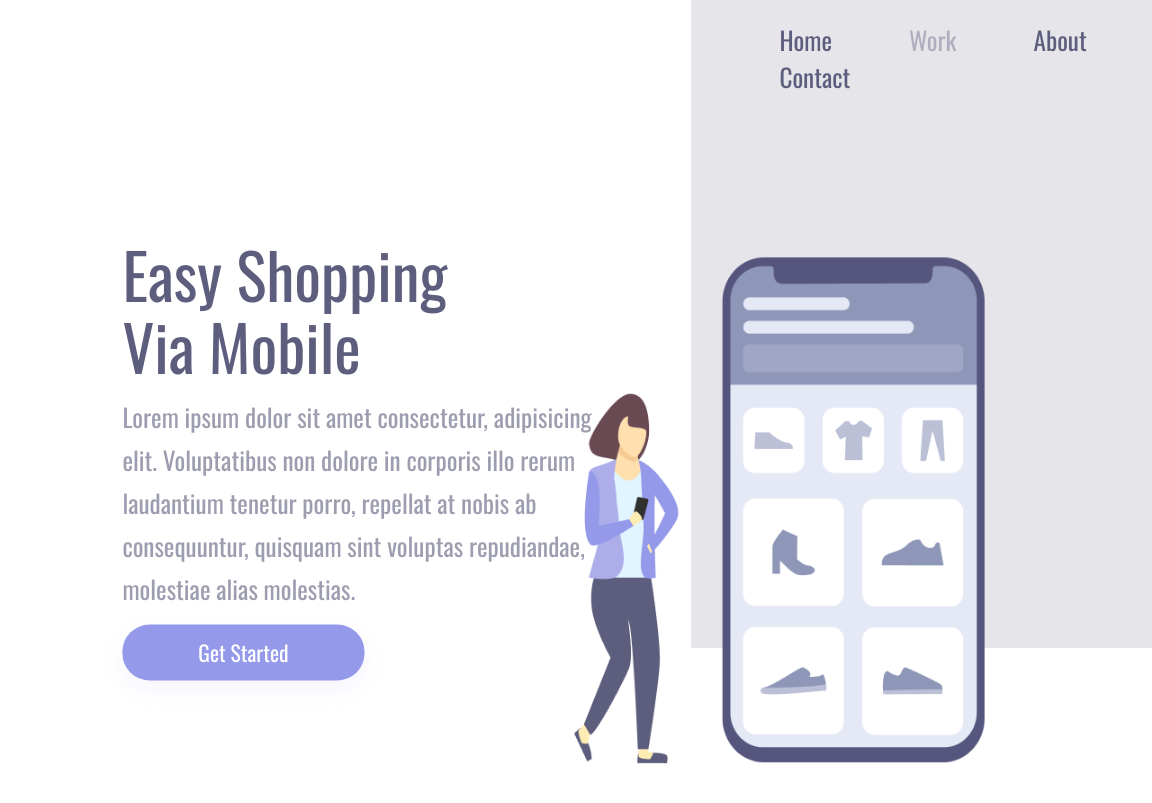
Repository: DihOliver/Projeto-Responsivo
Page: index.html
The author's editor kept a copy of each file at every save. The page is drawn from the files as they stood at one save, then again after the next save.
The browser window is 1280 px wide. The pictures show the whole page, at 90% of full size.
Some web fonts or font styles are not loaded; a fallback is used.

Above is the page before, as saved 2023-06-07 22:11:55.

### index.html
<!DOCTYPE html>
<html lang="en">
  <head>
    <meta charset="UTF-8" />
    <meta http-equiv="X-UA-Compatible" content="IE=edge" />
    <meta name="viewport" content="width=device-width, initial-scale=1.0" />
    <link rel="stylesheet" href="./styles.css" />
    <link rel="preconnect" href="https://fonts.googleapis.com" />
    <link rel="preconnect" href="https://fonts.gstatic.com" crossorigin />
    <link
      href="https://fonts.googleapis.com/css2?family=Montserrat:ital,wght@0,500;0,600;0,700;0,900;1,400&family=Oswald&family=Poppins:wght@400;500;700&family=Roboto:wght@400;500;700&family=Tilt+Prism&display=swap"
      rel="stylesheet"
    />
    <title>Css - Responsividade</title>
  </head>
  <body>
    <div class="wrapper">
      <section class="container-left">
        <h1>Easy Shopping Via Mobile</h1>
        <p>
          Lorem ipsum dolor sit amet consectetur, adipisicing elit. Voluptatibus
          non dolore in corporis illo rerum laudantium tenetur porro, repellat
          at nobis ab consequuntur, quisquam sint voluptas repudiandae,
          molestiae alias molestias.
        </p>
        <button>Get Started</button>
      </section>
      <section class="container-rigth">
        <header>
          <a>Home</a>
          <a>Work</a>
          <a>About</a>
          <a>Contact</a>
        </header>
        <img alt="Girl=cellphone.png" src="./img/girl-cellphone.png" />
      </section>
    </div>
  </body>
</html>

### styles.css
*{
    margin: 0;
    padding: 0;
    box-sizing: border-box;
    font-family: 'Oswald', sans-serif;
    font-weight: 400;
}

.wrapper {
    height: 100vh;
    width: 100vw;

}

.container-left {
    display: inline-block;
    width: 60%;
    padding: 136px;
    margin-top: 10%;


}

.container-rigth {
    display: inline-block;
    background-color: rgba(93,93,125,0.16);
    height: 100vh;
    width: 40%;
    position: absolute;


}

img {
    position: relative;
    top: 25%;
    right: 130px;
}

h1 {
    font-weight: 0px;
    font-size: 70px;
    line-height: 80px;
    color: #5D5D7D;
    width: 368px;
    height: 160px;
    width: 368px;


}

p {
    font-size: 28px;
    line-height: 48px;
    color: #5D5D7D;
    opacity: 0.6;
    margin: 15px 0;
    width: 540px;

}

button {
    width: 269px;
    height: 62px;
    background: #9499EA;
    font-size: 24px;
    line-height: 36px;
    text-align: center;
    box-shadow: 0px 10px 24px rgba(148, 153, 234, 0.0979959);
    color: #FFFFFF;
    border: none;
    border-radius: 30px;
    cursor: pointer;
    }

    button:hover {
        opacity: .8;
    }

    button:active {
        opacity: .5;
    }

    a {
        font-size: 28px;
        line-height: 41px;
        color: #5D5D7D;
        margin: 41px;
        cursor: pointer;
    }

    a:nth-child(2) {
        opacity: 0.4;

    }

    a:hover {
        opacity: 0.4;
    }

    a:active {
        opacity: 0.8;
    }

    header {
        margin: 24px 0 0 57px;
    }

After the next save:
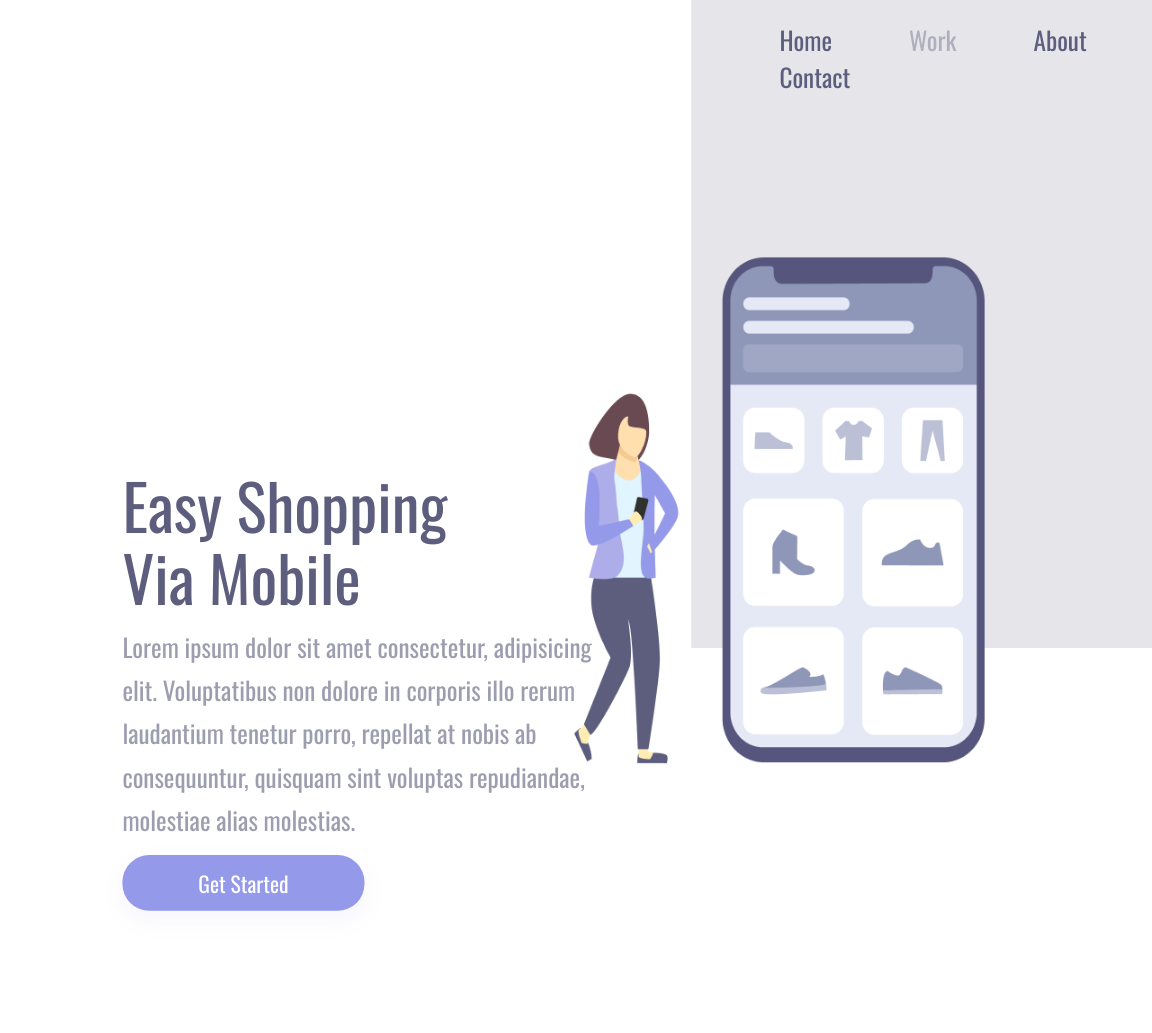
Saved 43 s later.
--- a/styles.css
+++ b/styles.css
@@ -16,7 +16,7 @@
     display: inline-block;
     width: 60%;
     padding: 136px;
-    margin-top: 10%;
+    margin-top: 30%;
 
 
 }

After the save that followed:
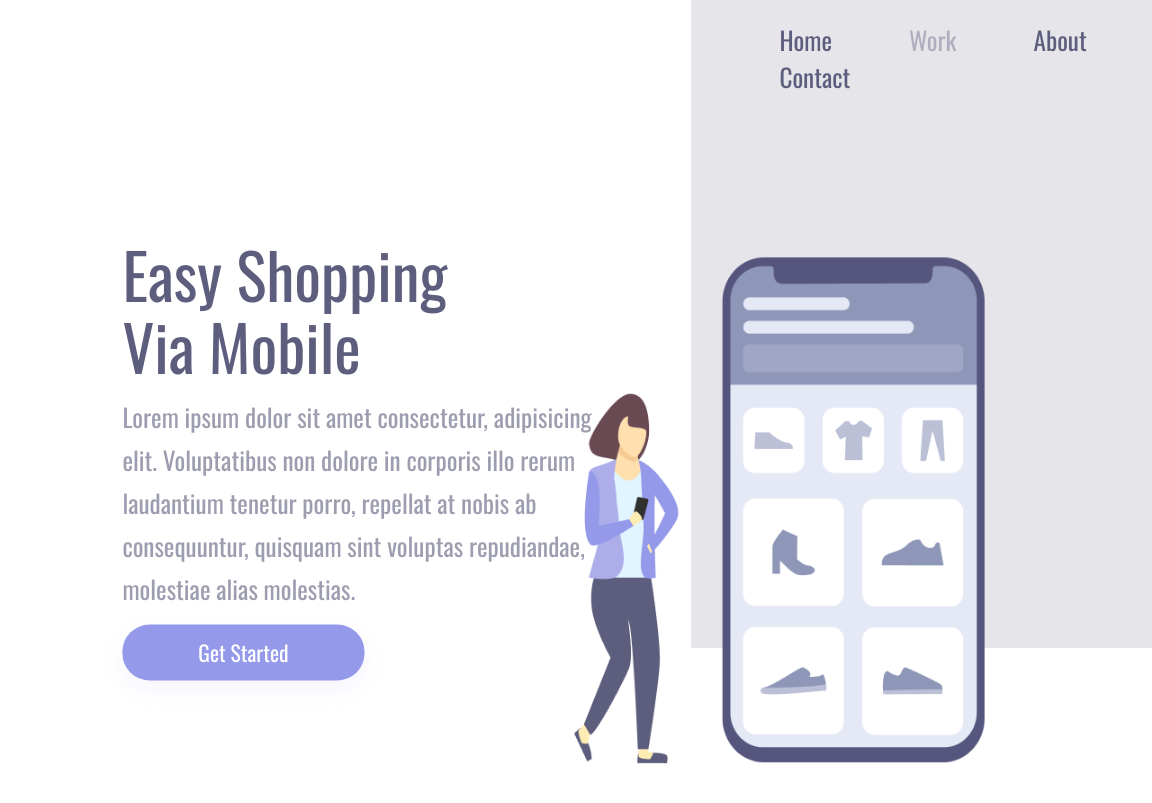
Saved 5 s later.
--- a/styles.css
+++ b/styles.css
@@ -16,7 +16,7 @@
     display: inline-block;
     width: 60%;
     padding: 136px;
-    margin-top: 30%;
+    margin-top: 10%;
 
 
 }
